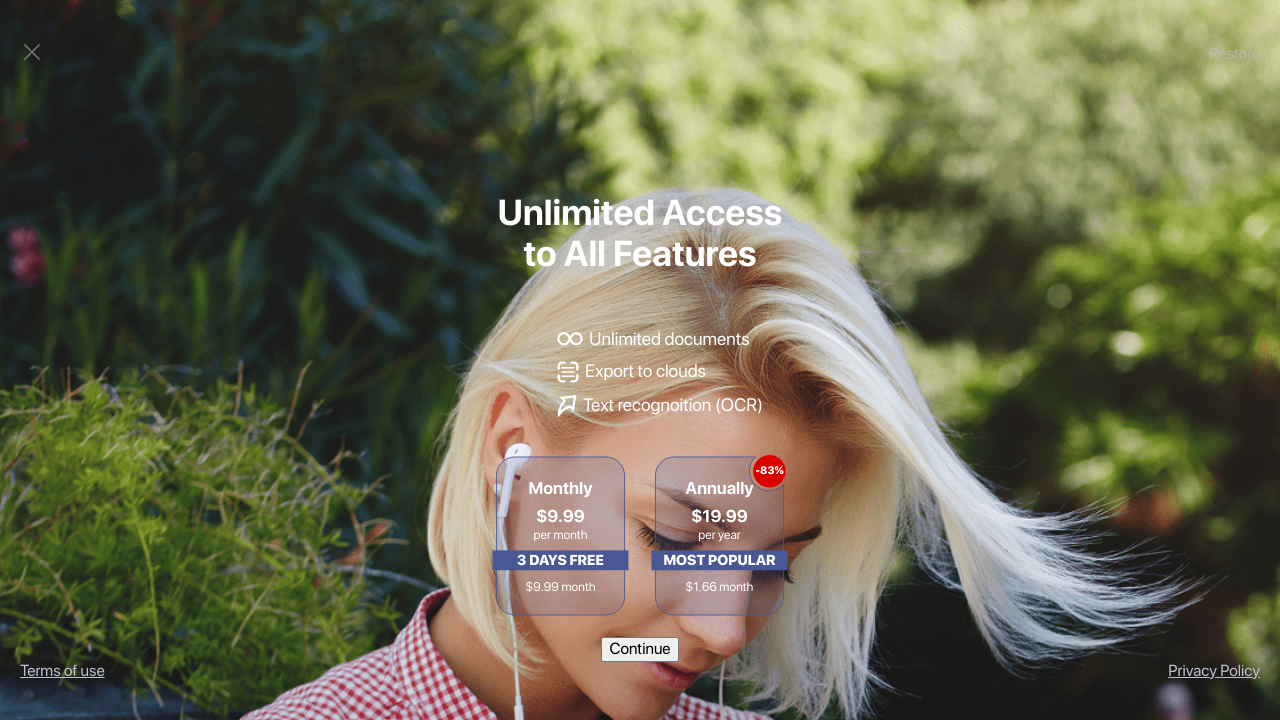
Repository: Ivan0195/bp-banner
Page: /
An editor plug-in stored every save of this project. The page is shown before and after the next save, followed by the edit.
The browser window is 1280 px wide. The pictures show the whole page.
The project was rebuilt for these pictures with package versions that can differ from the ones it lists, and the page was loaded fresh each time. Also part of the build but not shown: webpack.config.js.

Above is the page before, as saved 2023-03-17 10:42:02.

After the next save:
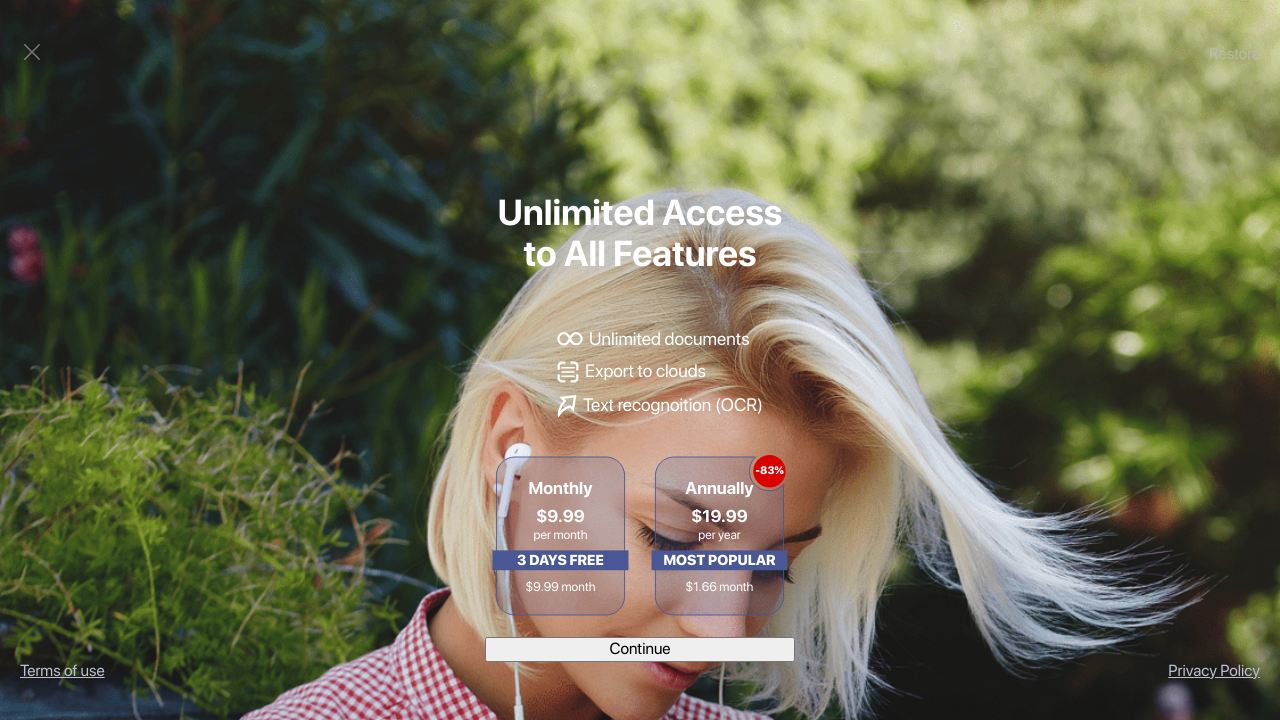
Saved 12 s later.
--- a/src/index.html
+++ b/src/index.html
@@ -56,7 +56,7 @@
 
     </div>
 
-      <button>Continue</button>
+      <button class="continueButton">Continue</button>
   </main>
 
 
